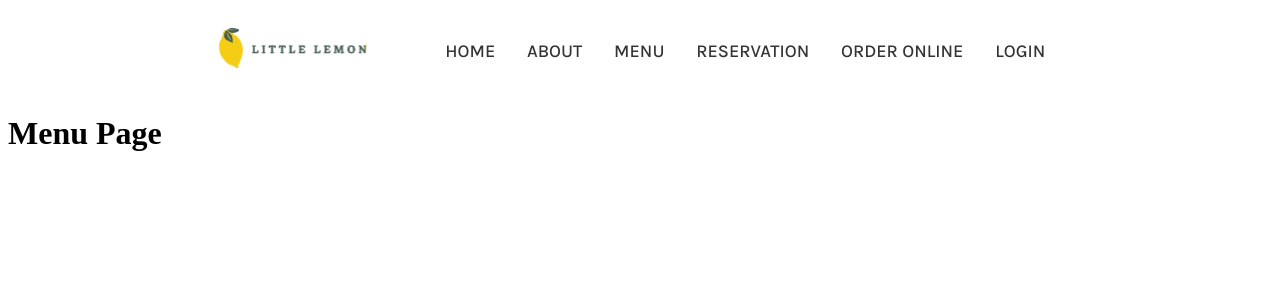
Repository: Yeshwanth-189/little-lemon
Page: /menu (app in little-lemon/)
The author's editor kept a copy of each file at every save. The page is drawn from the files as they stood at one save, then again after the next save.
The browser window is 1280 px wide. The pictures show the whole page.
The project was rebuilt for these pictures with package versions that can differ from the ones it lists, and the page was loaded fresh each time. Also part of the build but not shown: little-lemon/src/index.css, little-lemon/src/components/Hero/Hero.css, little-lemon/src/components/Hero/Hero.jsx, little-lemon/src/components/Specials/Specials.css, little-lemon/src/components/Specials/Specials.jsx, little-lemon/src/components/Testimonials/Testimonials.css, little-lemon/src/components/Testimonials/Testimonials.jsx, little-lemon/src/components/About/About.css and 3 more.

Above is the page before, as saved 2025-04-26 20:24:06.

After the next save:
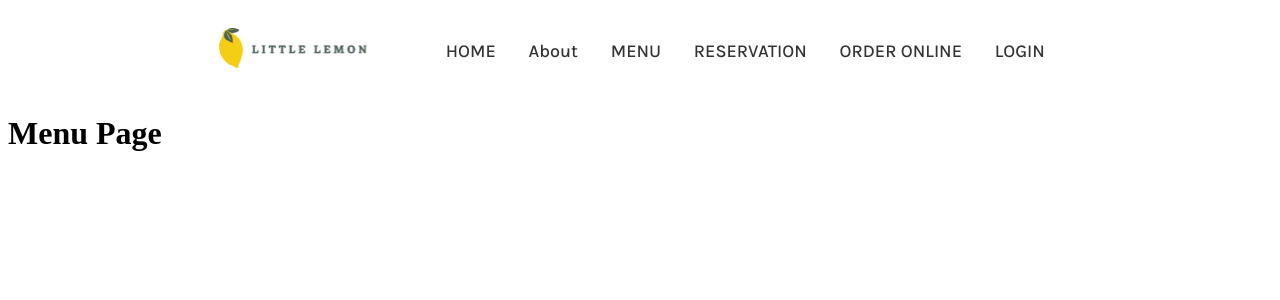
Saved 31 s later.
--- a/little-lemon/src/components/Navigation/NavBar.jsx
+++ b/little-lemon/src/components/Navigation/NavBar.jsx
@@ -18,7 +18,14 @@ function Nav() {
       {/* Nav links 5-10 */}
       <div className="nav-links">
         <RouterLink to="/">HOME</RouterLink>
-        <RouterLink to="/about">ABOUT</RouterLink>
+        <ScrollLink
+          to="about"
+          smooth={true}
+          duration={500}
+          offset={-70} // Adjust if your NavBar is sticky
+        >
+          About
+        </ScrollLink>
         <RouterLink to="/menu">MENU</RouterLink>
         <RouterLink to="/reservation">RESERVATION</RouterLink>
         <RouterLink to="/order-online">ORDER ONLINE</RouterLink>
